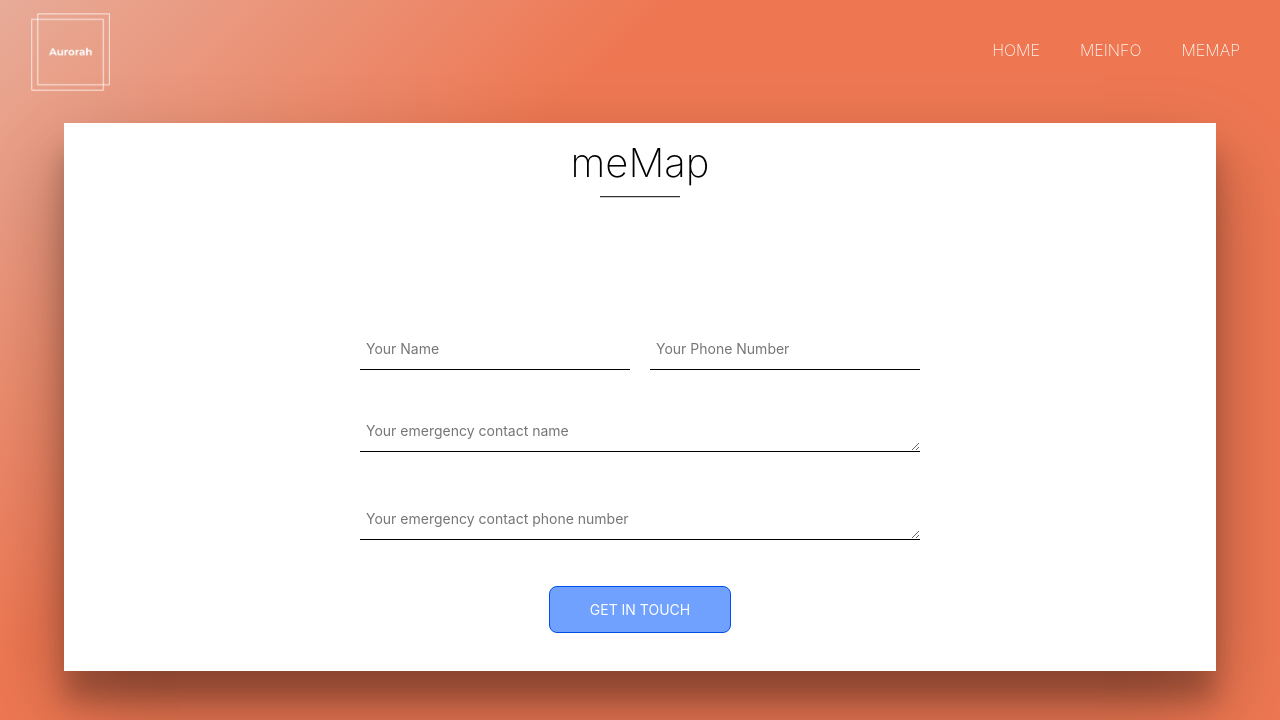
Repository: aasirvalji/saferMe
Page: /alt
The author's editor kept a copy of each file at every save. The page is drawn from the files as they stood at one save, then again after the next save.
The browser window is 1280 px wide. The pictures show the whole page.
The pointer rests on the first visible `.contact-section button`.
An inner scrolling area shows only its first screen. The project was rebuilt for these pictures with package versions that can differ from the ones it lists, and the page was loaded fresh each time. Also part of the build but not shown: src/components/Landing.js, src/styles/Services.css, src/components/Services.js, src/styles/MapDisplay.css, src/mapStyles.js, src/components/MapDisplay.js, src/styles/AboutDisplay.css, src/components/AboutDisplay.js and 1 more.

Above is the page before, as saved 2020-02-15 11:59:24.

After the next save:
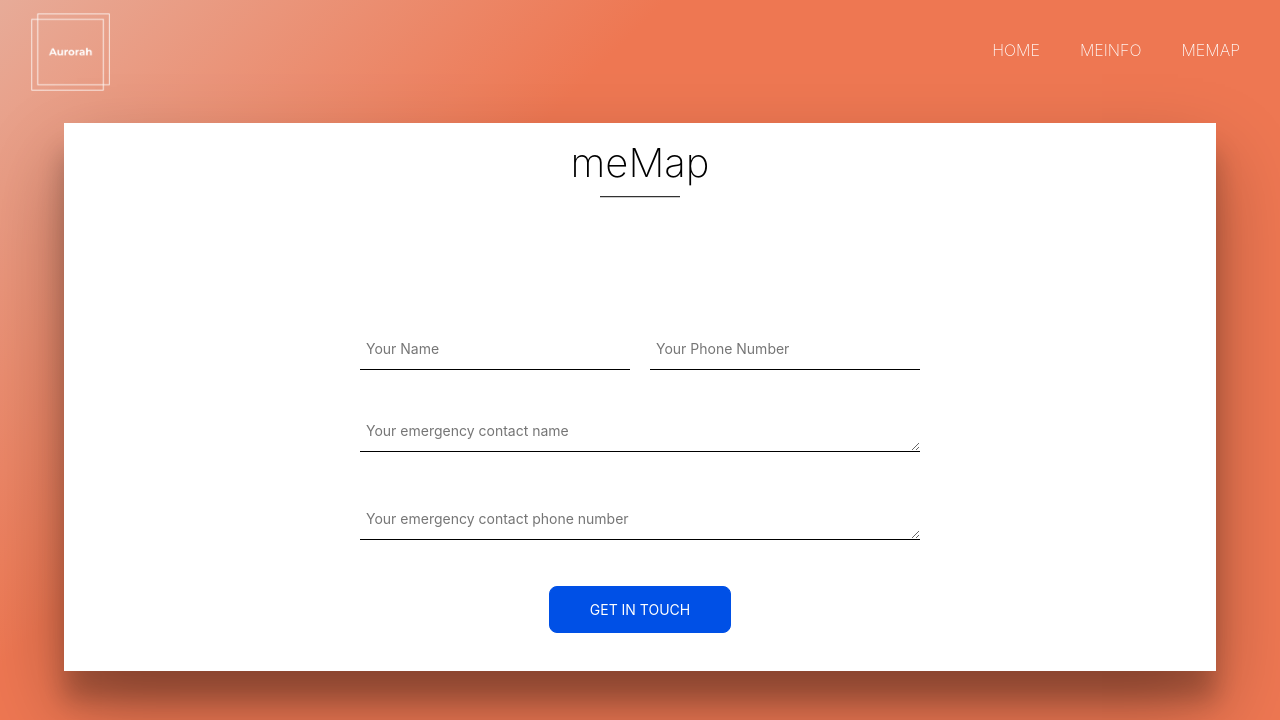
Saved 7 s later.
--- a/src/styles/AltDisplay.css
+++ b/src/styles/AltDisplay.css
@@ -183,7 +183,7 @@
   }
 
   .contact-section button:hover{
-    background: #70a1ff;
+    background: #0050e6;
     color: #fff;
   }
 
